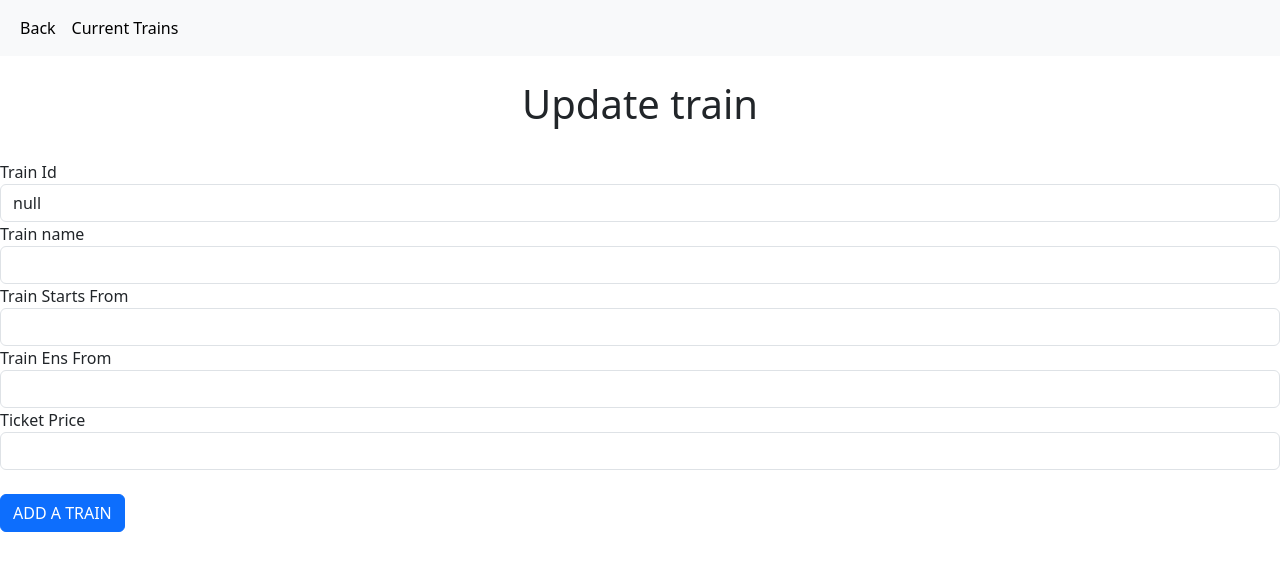
Repository: SachinUthpala/Railway-Reservation
Page: http://localhost/Railway/Admin/UpdateTrains/Update_train_details.jsp
The author's editor kept a copy of each file at every save. The page is drawn from the files as they stood at one save, then again after the next save.
The browser window is 1280 px wide. The pictures show the whole page.
The page is served by Tomcat 9. Other server files are loaded and not shown.

Above is the page before, as saved 2023-05-21 12:16:21.

### Railway/src/main/webapp/Admin/UpdateTrains/Update_train_details.jsp
<%@ page language="java" contentType="text/html; charset=UTF-8"
    pageEncoding="UTF-8"%>

    <%
    	String trainId = request.getParameter("id");

    %>
<!DOCTYPE html>
<html>
<head>
<meta charset="UTF-8">
<title>Update Train</title>
   <link href="https://cdn.jsdelivr.net/npm/bootstrap@5.3.0-alpha3/dist/css/bootstrap.min.css" rel="stylesheet" integrity="sha384-KK94CHFLLe+nY2dmCWGMq91rCGa5gtU4mk92HdvYe+M/SXH301p5ILy+dN9+nJOZ" crossorigin="anonymous">

</head>
<body>

	<nav class="navbar navbar-expand-lg bg-body-tertiary">
			  <div class="container-fluid">
			    <div class="collapse navbar-collapse" id="navbarSupportedContent">
			      <ul class="navbar-nav me-auto mb-2 mb-lg-0">
			        <li class="nav-item">
			          <a class="nav-link active" aria-current="page" href="updateTrains.jsp">Back</a>
			        </li>

			        <li class="nav-item">
			          <a class="nav-link active" aria-current="page" href="../../Cur_train_sev">Current Trains</a>
			        </li>
			      </ul>
			    </div>
			  </div>
			</nav>
			<br>

    <h1><center>Update train</center></h1>
    <br>
    <form method="post" action="">

    	<div >
          <label for="exampleInputEmail1">Train Id</label>
          <input type="text" class="form-control"  name="Id" value="<%=trainId %>" >
        </div>
        <div >
          <label for="exampleInputEmail1">Train name</label>
          <input type="text" class="form-control"  name="name">
        </div>
        <div class="form-group">
          <label >Train Starts From</label>
          <input type="text" class="form-control" name = "from" >
        </div>
        <div class="form-group">
            <label >Train Ens From</label>
            <input type="text" class="form-control"  name= "to">
          </div>
          <div class="form-group">
            <label>Ticket Price</label>
            <input type="text" class="form-control"  name = "price">
          </div>
          <br>
        <button type="submit" class="btn btn-primary">ADD A TRAIN</button>
      </form>
      <br><br>

</body>
</html>

After the next save:
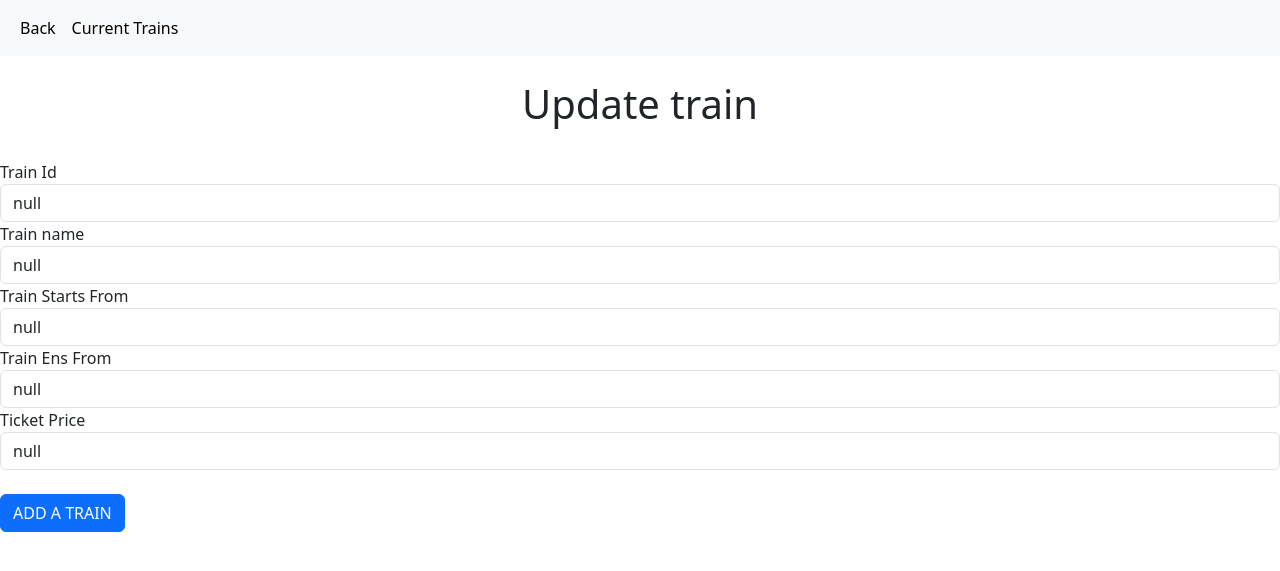
Saved 99 s later.
--- a/Railway/src/main/webapp/Admin/UpdateTrains/Update_train_details.jsp
+++ b/Railway/src/main/webapp/Admin/UpdateTrains/Update_train_details.jsp
@@ -3,6 +3,10 @@
 
     <%
     	String trainId = request.getParameter("id");
+    	String name = request.getParameter("id");
+    	String from = request.getParameter("id");
+    	String to = request.getParameter("id");
+    	String price = request.getParameter("id");
 
     %>
 <!DOCTYPE html>
@@ -42,19 +46,19 @@
         </div>
         <div >
           <label for="exampleInputEmail1">Train name</label>
-          <input type="text" class="form-control"  name="name">
+          <input type="text" class="form-control"  name="name" value="<%=name %>">
         </div>
         <div class="form-group">
           <label >Train Starts From</label>
-          <input type="text" class="form-control" name = "from" >
+          <input type="text" class="form-control" name = "from" value="<%=from %>">
         </div>
         <div class="form-group">
             <label >Train Ens From</label>
-            <input type="text" class="form-control"  name= "to">
+            <input type="text" class="form-control"  name= "to" value="<%=to %>">
           </div>
           <div class="form-group">
             <label>Ticket Price</label>
-            <input type="text" class="form-control"  name = "price">
+            <input type="text" class="form-control"  name = "price" value="<%=price %>">
           </div>
           <br>
         <button type="submit" class="btn btn-primary">ADD A TRAIN</button>
